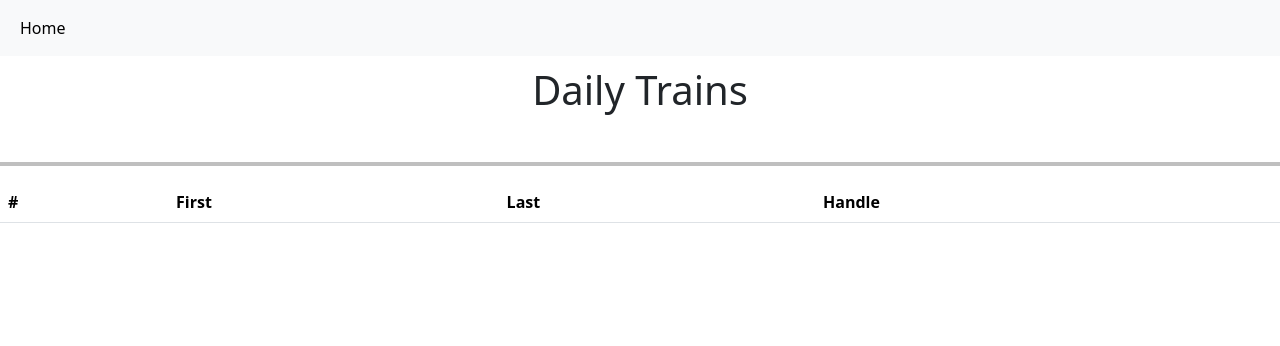
Repository: SachinUthpala/Railway-Reservation
Page: http://localhost/Railway/Train_res
An editor plug-in stored every save of this project. The page is shown before and after the next save, followed by the edit.
The browser window is 1280 px wide. The pictures show the whole page.
The page is served by Tomcat 9. Other server files are loaded and not shown. Queries for data that is not in the repository find no rows.

Above is the page before, as saved 2023-05-19 17:29:55.

### Railway/src/main/webapp/Trains.jsp
<%@ page language="java" contentType="text/html; charset=UTF-8"
    pageEncoding="UTF-8"%>


<%

String Username;
Username = (String)session.getAttribute("user_name");
System.out.println("\n Username :"+Username);

%>

   <%@page import = "java.util.ArrayList, Reservation.Trains" %>


<!DOCTYPE html>
<html>
<head>
<meta charset="UTF-8">
<title>Trains</title>
<!-- Boostrapp CDN link -->
    <link href="https://cdn.jsdelivr.net/npm/bootstrap@5.3.0-alpha3/dist/css/bootstrap.min.css" rel="stylesheet" integrity="sha384-KK94CHFLLe+nY2dmCWGMq91rCGa5gtU4mk92HdvYe+M/SXH301p5ILy+dN9+nJOZ" crossorigin="anonymous">
</head>
<body>

    <nav class="navbar navbar-expand-lg bg-body-tertiary">
			  <div class="container-fluid">
			    <div class="collapse navbar-collapse" id="navbarSupportedContent">
			      <ul class="navbar-nav me-auto mb-2 mb-lg-0">
			        <li class="nav-item">
			          <a class="nav-link active" aria-current="page" href="Reserve/reserve.jsp">Home</a>
			        </li>
			      </ul>
			    </div>
			  </div>
			</nav>

	<div class="trains" id="trains">
  <h1 style="padding-top: 10px;"><center> Daily Trains </center></h1>
  <br>
  <hr style="border: 2px solid #000000;">
  <% ArrayList allRess = (ArrayList)request.getAttribute("trainRes"); %>

  <table class="table table-striped table-hover">
  <thead>
    <tr>
      <th scope="col">#</th>
      <th scope="col">First</th>
      <th scope="col">Last</th>
      <th scope="col">Handle</th>
    </tr>
  </thead>
  <tbody>

  <%for(int i = 0;i<allRess.size();i++){ %>
  <% Trains tri = (Trains)allRess.get(i); %>
    <tr>
      <td><%= tri.getTname() %></td>
      <td><%= tri.getT_from() %></td>
      <td><%= tri.getT_to() %></td>
      <td><%= tri.getPrice() %></td>
    </tr>

    <% } %>
  </tbody>
</table>
</div>
</body>
</html>

### Railway/src/main/java/Reservation/Train_res.java
package Reservation;

import java.io.IOException;

import javax.servlet.RequestDispatcher;
import javax.servlet.ServletException;
import javax.servlet.annotation.WebServlet;
import javax.servlet.http.HttpServlet;
import javax.servlet.http.HttpServletRequest;
import javax.servlet.http.HttpServletResponse;

/**
 * Servlet implementation class Train_res
 */
@WebServlet("/Train_res")
public class Train_res extends HttpServlet {
	private static final long serialVersionUID = 1L;

	protected void doGet(HttpServletRequest request, HttpServletResponse response)
			throws ServletException, IOException {

		request.setAttribute("trainRes", new Train_dao().selectAll() );

		RequestDispatcher rd = request.getRequestDispatcher("Trains.jsp");
		rd.forward(request, response);

	}



}

### Railway/src/main/java/Reservation/Train_dao.java
package Reservation;

import java.sql.PreparedStatement;
import java.sql.ResultSet;
import java.sql.SQLException;
import java.util.ArrayList;

public class Train_dao {
	public ArrayList<Trains> selectAll(){

		DbConnection dbc = new DbConnection();

		ArrayList<Trains> trainAll = new ArrayList<>();

		String query = "Select * from trains";

		try {
			PreparedStatement smtp ;
			smtp = dbc.getConnection().prepareStatement(query);

			ResultSet res = smtp.executeQuery();

			while(res.next()) {



				Trains trins = new Trains();
				trins.setTname(res.getString(2));
				trins.setT_from(res.getString(3));
				trins.setT_to(res.getString(4));
				trins.setPrice(res.getString(5));

				trainAll.add(trins);
			}



		} catch (SQLException e) {
			// TODO Auto-generated catch block
			e.printStackTrace();
		}

		return trainAll;

	}
}

### Railway/src/main/java/Reservation/DbConnection.java
/*creating database connection to the reservation packahe*/

package Reservation;

import java.sql.Connection;
import java.sql.DriverManager;
import java.sql.SQLException;

public class DbConnection {

	 String url = "jdbc:mysql://localhost:3306/Railway";
	 String db_uname = "root";
	 String db_password = "Sachin-123";

	 public Connection getConnection() {

		 try {
			Connection con = DriverManager.getConnection(url,db_uname,db_password);
			 System.out.println("Database Connection Sucessfull");//only a massage

			 Class.forName("com.mysql.cj.jdbc.Driver");
			 System.out.println("Driver connection Sucessfull");//only a massage

			 return con;
		} catch (ClassNotFoundException e) {
			// TODO Auto-generated catch block
			e.printStackTrace();
		} catch (SQLException e) {
			// TODO Auto-generated catch block
			e.printStackTrace();
		}

		 return null;
	 }
}

After the next save:
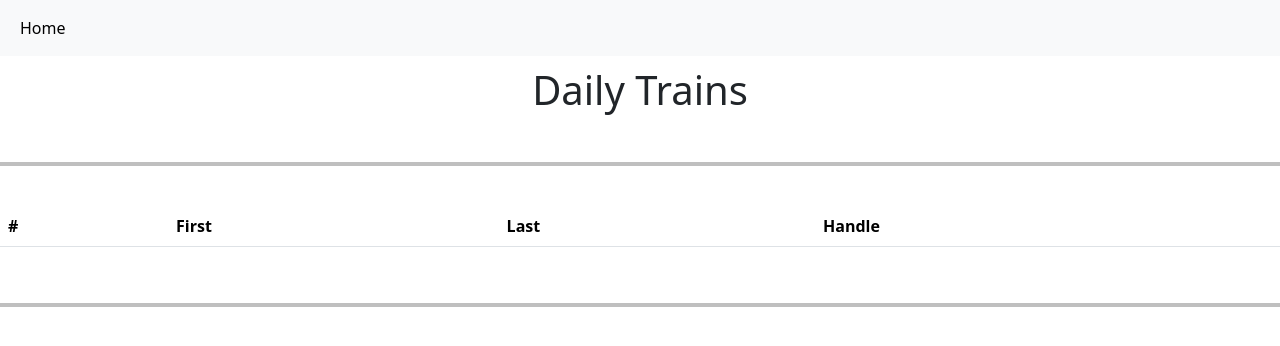
Saved 18 s later.
--- a/Railway/src/main/webapp/Trains.jsp
+++ b/Railway/src/main/webapp/Trains.jsp
@@ -39,6 +39,7 @@ System.out.println("\n Username :"+Username);
   <h1 style="padding-top: 10px;"><center> Daily Trains </center></h1>
   <br>
   <hr style="border: 2px solid #000000;">
+  <br>
   <% ArrayList allRess = (ArrayList)request.getAttribute("trainRes"); %>
 
   <table class="table table-striped table-hover">
@@ -64,6 +65,10 @@ System.out.println("\n Username :"+Username);
     <% } %>
   </tbody>
 </table>
+
+<br>
+  <hr style="border: 2px solid #000000;">
+  <br>
 </div>
 </body>
 </html>
